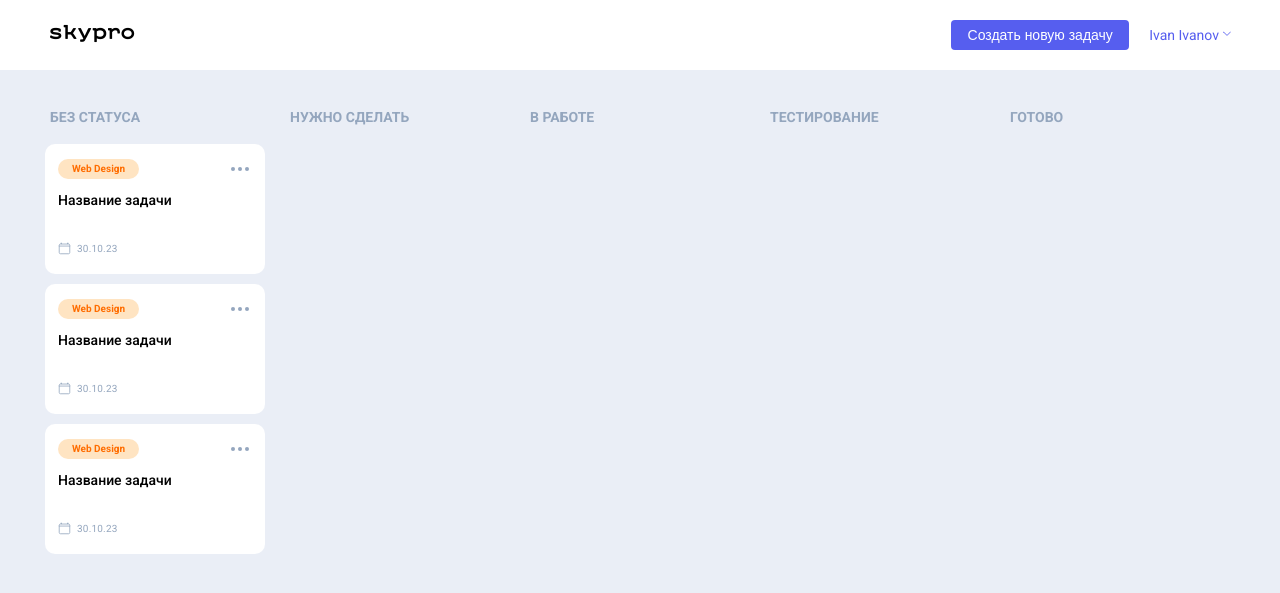
Repository: Olchik-resh/skypro-kanban
Page: /
These files come from the project's save history. The page is drawn as it stood at one moment and after the next save; the edit follows.
The browser window is 1280 px wide. The pictures show the whole page.
The project was rebuilt for these pictures with package versions that can differ from the ones it lists, and the page was loaded fresh each time. Also part of the build but not shown: vite.config.js.

Above is the page before, as saved 2025-07-28 16:41:11.

### index.html
<!doctype html>
<html lang="">
  <head>
    <meta charset="UTF-8" />
    <link rel="icon" href="/public/favicon.ico" />
    <meta name="viewport" content="width=device-width, initial-scale=1.0" />
    <link rel="preconnect" href="https://fonts.googleapis.com" />
    <link rel="preconnect" href="https://fonts.gstatic.com" crossorigin />
    <link
      href="https://fonts.googleapis.com/css2?family=Roboto+Flex:opsz,wght@8..144,200;8..144,300;8..144,400;8..144,700;8..144,800;8..144,900&family=Roboto:wght@400;500;700&display=swap"
      rel="stylesheet"
    />
    <title>Skypro</title>
  </head>
  <body>
    <div id="app"></div>
    <script type="module" src="/src/main.js"></script>
  </body>
</html>

### src/components/BaseHeader.vue
<template>
  <header class="header">
    <div class="container">
      <div class="header__block">
        <div class="header__logo _show _light">
          <a href="" target="_self"><img src="/src/assets/images/logo.png" alt="logo" /></a>
        </div>
        <div class="header__logo _dark">
          <a href="" target="_self"><img src="/src/assets/images/logo_dark.png" alt="logo" /></a>
        </div>
        <nav class="header__nav">
          <button class="header__btn-main-new _hover01" id="btnMainNew">
            <a href="#popNewCard">Создать новую задачу</a>
          </button>
          <UserModal />
        </nav>
      </div>
    </div>
  </header>
</template>

<script setup>
import UserModal from './UserModal.vue'
</script>

<style lang="scss" scoped></style>

### src/components/ExitModal.vue
<template>
  <div class="pop-exit__container">
    <div class="pop-exit__block">
      <div class="pop-exit__ttl">
        <h2>Выйти из аккаунта?</h2>
      </div>
      <form class="pop-exit__form" id="formExit" action="#">
        <div class="pop-exit__form-group">
          <button class="pop-exit__exit-yes _hover01" id="exitYes">
            <a href="modal/signin.html">Да, выйти</a>
          </button>
          <button class="pop-exit__exit-no _hover03" id="exitNo">
            <a href="main.html">Нет, остаться</a>
          </button>
        </div>
      </form>
    </div>
  </div>
</template>

<script setup></script>

<style lang="scss" scoped></style>

### src/components/NewCardModal.vue
<template>
  <div class="pop-new-card__container">
    <div class="pop-new-card__block">
      <div class="pop-new-card__content">
        <h3 class="pop-new-card__ttl">Создание задачи</h3>
        <a href="#" class="pop-new-card__close">&#10006;</a>
        <div class="pop-new-card__wrap">
          <form class="pop-new-card__form form-new" id="formNewCard" action="#">
            <div class="form-new__block">
              <label for="formTitle" class="subttl">Название задачи</label>
              <input
                class="form-new__input"
                type="text"
                name="name"
                id="formTitle"
                placeholder="Введите название задачи..."
                autofocus
              />
            </div>
            <div class="form-new__block">
              <label for="textArea" class="subttl">Описание задачи</label>
              <textarea
                class="form-new__area"
                name="text"
                id="textArea"
                placeholder="Введите описание задачи..."
              ></textarea>
            </div>
          </form>
          <div class="pop-new-card__calendar calendar">
            <p class="calendar__ttl subttl">Даты</p>
            <div class="calendar__block">
              <div class="calendar__nav">
                <div class="calendar__month">Сентябрь 2023</div>
                <div class="nav__actions">
                  <div class="nav__action" data-action="prev">
                    <svg
                      xmlns="http://www.w3.org/2000/svg"
                      width="6"
                      height="11"
                      viewBox="0 0 6 11"
                    >
                      <path
                        d="M5.72945 1.95273C6.09018 1.62041 6.09018 1.0833 5.72945 0.750969C5.36622 0.416344 4.7754 0.416344 4.41218 0.750969L0.528487 4.32883C-0.176162 4.97799 -0.176162 6.02201 0.528487 6.67117L4.41217 10.249C4.7754 10.5837 5.36622 10.5837 5.72945 10.249C6.09018 9.9167 6.09018 9.37959 5.72945 9.04727L1.87897 5.5L5.72945 1.95273Z"
                      />
                    </svg>
                  </div>
                  <div class="nav__action" data-action="next">
                    <svg
                      xmlns="http://www.w3.org/2000/svg"
                      width="6"
                      height="11"
                      viewBox="0 0 6 11"
                    >
                      <path
                        d="M0.27055 9.04727C-0.0901833 9.37959 -0.0901832 9.9167 0.27055 10.249C0.633779 10.5837 1.2246 10.5837 1.58783 10.249L5.47151 6.67117C6.17616 6.02201 6.17616 4.97799 5.47151 4.32883L1.58782 0.75097C1.2246 0.416344 0.633778 0.416344 0.270549 0.75097C-0.0901831 1.0833 -0.090184 1.62041 0.270549 1.95273L4.12103 5.5L0.27055 9.04727Z"
                      />
                    </svg>
                  </div>
                </div>
              </div>
              <div class="calendar__content">
                <div class="calendar__days-names">
                  <div class="calendar__day-name">пн</div>
                  <div class="calendar__day-name">вт</div>
                  <div class="calendar__day-name">ср</div>
                  <div class="calendar__day-name">чт</div>
                  <div class="calendar__day-name">пт</div>
                  <div class="calendar__day-name -weekend-">сб</div>
                  <div class="calendar__day-name -weekend-">вс</div>
                </div>
                <div class="calendar__cells">
                  <div class="calendar__cell _other-month">28</div>
                  <div class="calendar__cell _other-month">29</div>
                  <div class="calendar__cell _other-month">30</div>
                  <div class="calendar__cell _cell-day">31</div>
                  <div class="calendar__cell _cell-day">1</div>
                  <div class="calendar__cell _cell-day _weekend">2</div>
                  <div class="calendar__cell _cell-day _weekend">3</div>
                  <div class="calendar__cell _cell-day">4</div>
                  <div class="calendar__cell _cell-day">5</div>
                  <div class="calendar__cell _cell-day">6</div>
                  <div class="calendar__cell _cell-day">7</div>
                  <div class="calendar__cell _cell-day _current">8</div>
                  <div class="calendar__cell _cell-day _weekend">9</div>
                  <div class="calendar__cell _cell-day _weekend">10</div>
                  <div class="calendar__cell _cell-day">11</div>
                  <div class="calendar__cell _cell-day">12</div>
                  <div class="calendar__cell _cell-day">13</div>
                  <div class="calendar__cell _cell-day">14</div>
                  <div class="calendar__cell _cell-day">15</div>
                  <div class="calendar__cell _cell-day _weekend">16</div>
                  <div class="calendar__cell _cell-day _weekend">17</div>
                  <div class="calendar__cell _cell-day">18</div>
                  <div class="calendar__cell _cell-day">19</div>
                  <div class="calendar__cell _cell-day">20</div>
                  <div class="calendar__cell _cell-day">21</div>
                  <div class="calendar__cell _cell-day">22</div>
                  <div class="calendar__cell _cell-day _weekend">23</div>
                  <div class="calendar__cell _cell-day _weekend">24</div>
                  <div class="calendar__cell _cell-day">25</div>
                  <div class="calendar__cell _cell-day">26</div>
                  <div class="calendar__cell _cell-day">27</div>
                  <div class="calendar__cell _cell-day">28</div>
                  <div class="calendar__cell _cell-day">29</div>
                  <div class="calendar__cell _cell-day _weekend">30</div>
                  <div class="calendar__cell _other-month _weekend">1</div>
                </div>
              </div>

              <input type="hidden" id="datepick_value" value="08.09.2023" />
              <div class="calendar__period">
                <p class="calendar__p date-end">
                  Выберите срок исполнения <span class="date-control"></span>.
                </p>
              </div>
            </div>
          </div>
        </div>
        <div class="pop-new-card__categories categories">
          <p class="categories__p subttl">Категория</p>
          <div class="categories__themes">
            <div class="categories__theme _orange _active-category">
              <p class="_orange">Web Design</p>
            </div>
            <div class="categories__theme _green">
              <p class="_green">Research</p>
            </div>
            <div class="categories__theme _purple">
              <p class="_purple">Copywriting</p>
            </div>
          </div>
        </div>
        <button class="form-new__create _hover01" id="btnCreate">Создать задачу</button>
      </div>
    </div>
  </div>
</template>

<script setup></script>

<style lang="scss" scoped></style>

### src/components/TaskDesk.vue
<template>
  <main class="main">
    <div class="container">
      <div class="main__block">
        <div class="main__content">
          <TaskColumn :tasks="noStatusTask" title="Без статуса" />
          <TaskColumn :tasks="doStatusTask" title="Нужно сделать" />
          <TaskColumn :tasks="workStatusTask" title="В работе" />
          <TaskColumn :tasks="testStatusTask" title="Тестирование" />
          <TaskColumn :tasks="readyStatusTask" title="Готово" />
        </div>
      </div>
    </div>
  </main>
</template>

<script setup>
import { computed, onMounted, ref } from 'vue'
import TaskColumn from './TaskColumn.vue'
import { getTasks } from './mokcs/tasks.js'
const tasks = ref([])
onMounted(() => {
  tasks.value = getTasks()
  console.log(tasks.value)
})
const noStatusTask = computed(() => {
  return tasks.value.filter((el) => {
    return el.status === 'Без статуса'
  })
})

const doStatusTask = computed(() => {
  return tasks.value.filter((el) => {
    return el.status === 'Нужно сделать'
  })
})

const workStatusTask = computed(() => {
  return tasks.value.filter((el) => {
    return el.status === 'В работе'
  })
})
const testStatusTask = computed(() => {
  return tasks.value.filter((el) => {
    return el.status === 'Тестирование'
  })
})
const readyStatusTask = computed(() => {
  return tasks.value.filter((el) => {
    return el.status === 'Готово'
  })
})
onMounted(() => {
  tasks.value = getTasks()
})
</script>

<style lang="scss" scoped></style>

### src/components/UserModal.vue
<template>
  <a
    href="#user-set-target"
    class="header__user _hover02"
    @click="isUserModalVisible = !isUserModalVisible"
    >Ivan Ivanov</a
  >
  <div class="header__pop-user-set pop-user-set" id="user-set-target" v-if="!isUserModalVisible">
    <p class="pop-user-set__name">Ivan Ivanov</p>
    <p class="pop-user-set__mail">ivan.ivanov@gmail.com</p>
    <div class="pop-user-set__theme">
      <p>Темная тема</p>
      <input type="checkbox" class="checkbox" name="checkbox" />
    </div>
    <button type="button" class="_hover03"><a href="#popExit">Выйти</a></button>
  </div>
</template>

<script setup>
import { ref } from 'vue'
const isUserModalVisible = ref(true)
</script>

<style lang="scss" scoped></style>

### src/components/TaskColumn.vue
<template>
  <div class="main__column column">
    <div class="column__title">
      <p>{{ title }}</p>
    </div>
    <TaskCard
      v-for="task in tasks"
      :key="task.id"
      :title="task.title"
      :status="task.status"
      :topic="task.topic"
      :date="task.date"
    />
  </div>
</template>

<script setup>
import TaskCard from './TaskCard.vue'

defineProps({
  tasks: { type: Array, require: true },
  title: { type: String, require: true },
})
</script>

<style lang="scss" scoped></style>

### src/components/mokcs/tasks.js
const tasks = [
  { id: 1, topic: 'Web Design', title: 'Название задачи', date: '30.10.23', status: 'Без статуса' },
  { id: 2, topic: 'Research', title: 'Название задачи', date: '30.10.23', status: '' },
  { id: 3, topic: 'Copywriting', title: 'Название задачи', date: '30.10.23', status: '' },
]

// export const noStatusTask = tasks.filter(task => task.status === 'Без статуса');
// export const doStatusTask = tasks.filter(task => task.status === 'Нужно сделать');
// export const workStatusTask = tasks.filter(task => task.status === 'В работе');
// export const testStatusTask = tasks.filter(task => task.status === 'Тестирование');
// export const readyStatusTask = tasks.filter(task => task.status === 'Готово');

export function getTasks() {
  return tasks
}

### src/components/TaskCard.vue
<template>
  <div class="cards" v-for="task in tasks" :key="task.id">
    <div class="cards__item">
      <div class="cards__card card">
        <div class="card__group">
          <div class="card__theme _orange">
            <p class="_orange">{{ topic }}</p>
          </div>
          <a href="#popBrowse" target="_self">
            <div class="card__btn">
              <div></div>
              <div></div>
              <div></div>
            </div>
          </a>
        </div>
        <div class="card__content">
          <a href="" target="_blank">
            <h3 class="card__title">{{ title }}</h3>
          </a>
          <div class="card__date">
            <svg
              xmlns="http://www.w3.org/2000/svg"
              width="13"
              height="13"
              viewBox="0 0 13 13"
              fill="none"
            >
              <g clip-path="url(#clip0_1_415)">
                <path
                  d="M10.5625 2.03125H2.4375C1.7644 2.03125 1.21875 2.5769 1.21875 3.25V10.5625C1.21875 11.2356 1.7644 11.7812 2.4375 11.7812H10.5625C11.2356 11.7812 11.7812 11.2356 11.7812 10.5625V3.25C11.7812 2.5769 11.2356 2.03125 10.5625 2.03125Z"
                  stroke="#94A6BE"
                  stroke-width="0.8"
                  stroke-linejoin="round"
                />
                <path
                  d="M11.7812 4.0625H1.21875M3.25 1.21875V2.03125V1.21875ZM9.75 1.21875V2.03125V1.21875Z"
                  stroke="#94A6BE"
                  stroke-width="0.8"
                  stroke-linecap="round"
                  stroke-linejoin="round"
                />
              </g>
              <defs>
                <clipPath id="clip0_1_415">
                  <rect width="13" height="13" fill="white" />
                </clipPath>
              </defs>
            </svg>
            <p>{{ date }}</p>
          </div>
        </div>
      </div>
    </div>
  </div>
</template>

<script setup>
import { getTasks } from './mokcs/tasks.js'
import { onMounted, ref } from 'vue'
const tasks = ref([])
onMounted(() => {
  tasks.value = getTasks()
})
defineProps({
  topic: String,
  title: String,
  date: String,
  status: String,
})
</script>

<style lang="scss" scoped></style>

Loaded but not shown: src/App.vue (common file); src/router/index.js (common file); src/main.js (8 lines, source omitted); src/assets/css/main.css (1107 lines, source omitted); src/views/HomeView.vue (200 lines, source omitted)

After the next save:
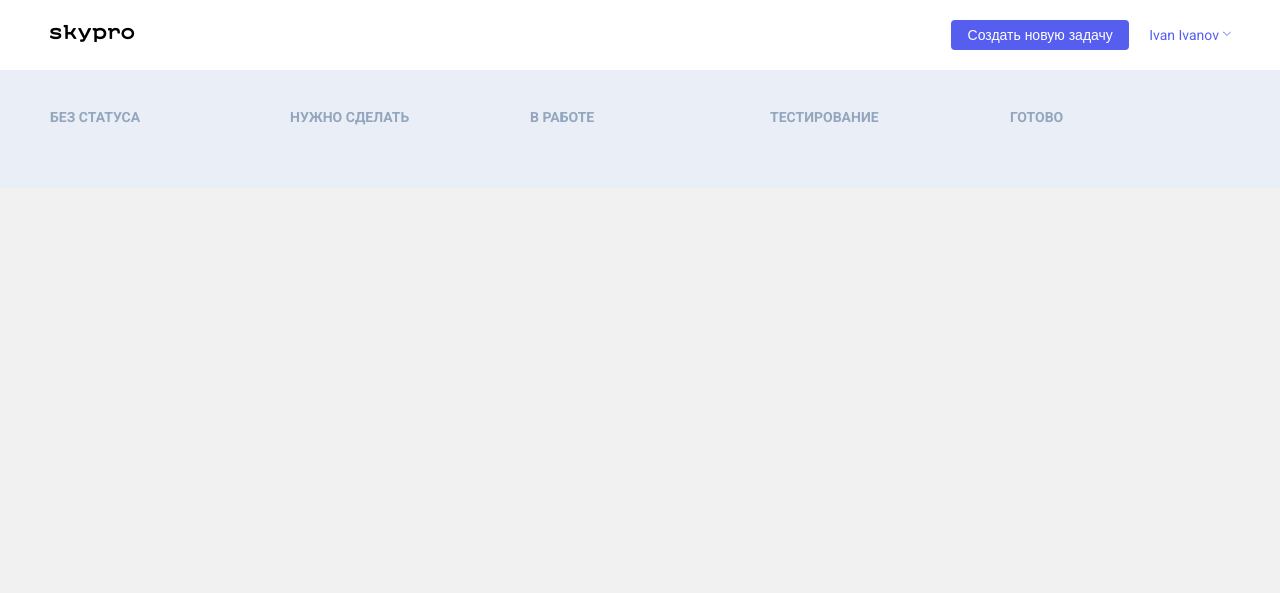
Saved 13 s later.
--- a/src/components/mokcs/tasks.js
+++ b/src/components/mokcs/tasks.js
@@ -1,5 +1,5 @@
 const tasks = [
-  { id: 1, topic: 'Web Design', title: 'Название задачи', date: '30.10.23', status: 'Без статуса' },
+  { id: 1, topic: 'Web Design', title: 'Название задачи', date: '30.10.23', status: 'Без статуса,' },
   { id: 2, topic: 'Research', title: 'Название задачи', date: '30.10.23', status: '' },
   { id: 3, topic: 'Copywriting', title: 'Название задачи', date: '30.10.23', status: '' },
 ]

After the 3 saves that followed:
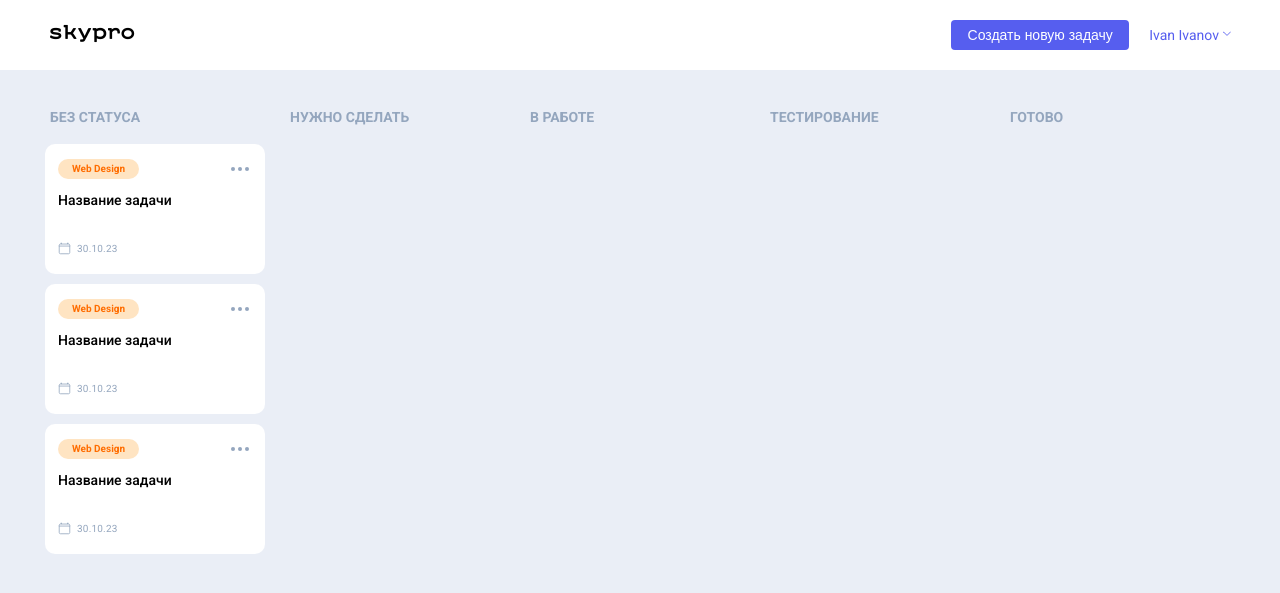
The 3 saves are shown as one change because 2 left the picture as it was.
The last was saved 21 s later.
--- a/src/components/mokcs/tasks.js
+++ b/src/components/mokcs/tasks.js
@@ -1,5 +1,5 @@
 const tasks = [
-  { id: 1, topic: 'Web Design', title: 'Название задачи', date: '30.10.23', status: 'Без статуса,' },
+  { id: 1, topic: 'Web Design', title: 'Название задачи', date: '30.10.23', status: 'Без статуса' },
   { id: 2, topic: 'Research', title: 'Название задачи', date: '30.10.23', status: '' },
   { id: 3, topic: 'Copywriting', title: 'Название задачи', date: '30.10.23', status: '' },
 ]
